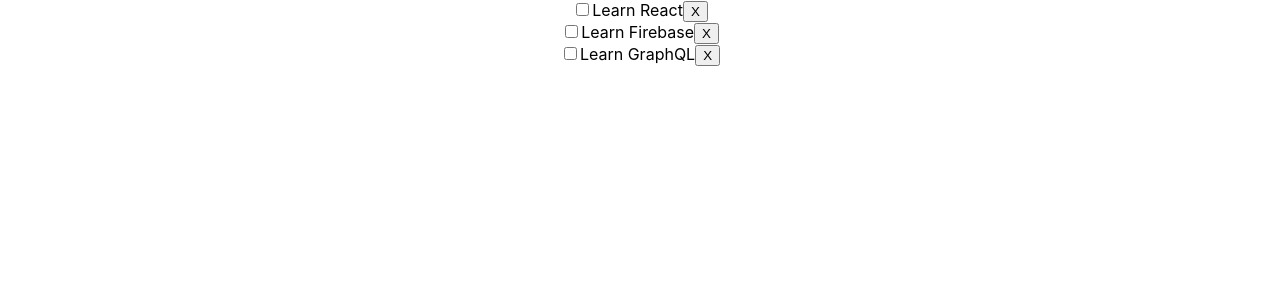
Repository: sedashahnazaryan/Todo
Page: / (app in todo/)
An editor plug-in stored every save of this project. The page is shown before and after a run of saves, followed by the edit.
The browser window is 1280 px wide. The pictures show the whole page.
The project was rebuilt for these pictures with package versions that can differ from the ones it lists, and the page was loaded fresh each time.

Above is the page before, as saved 2022-03-09 00:10:04.

After the next 4 saves:
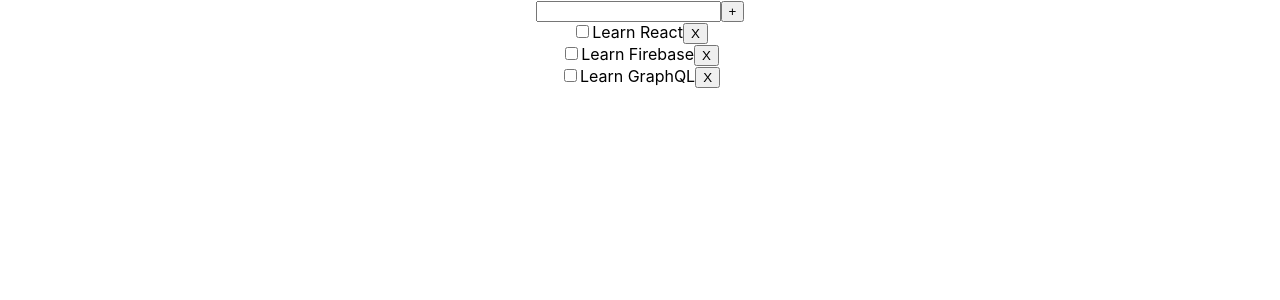
The 4 saves are shown as one change because 1 did not build or start and some came seconds apart.
The last was saved 4 min 20 s later.
--- a/todo/src/App.js
+++ b/todo/src/App.js
@@ -27,6 +27,7 @@ const[todos,setTodos]= useState([
 
    return (
      <div className="App">
+       <TodoForm/>
  <TodoList todos={todos}/>
      </div>
    );
